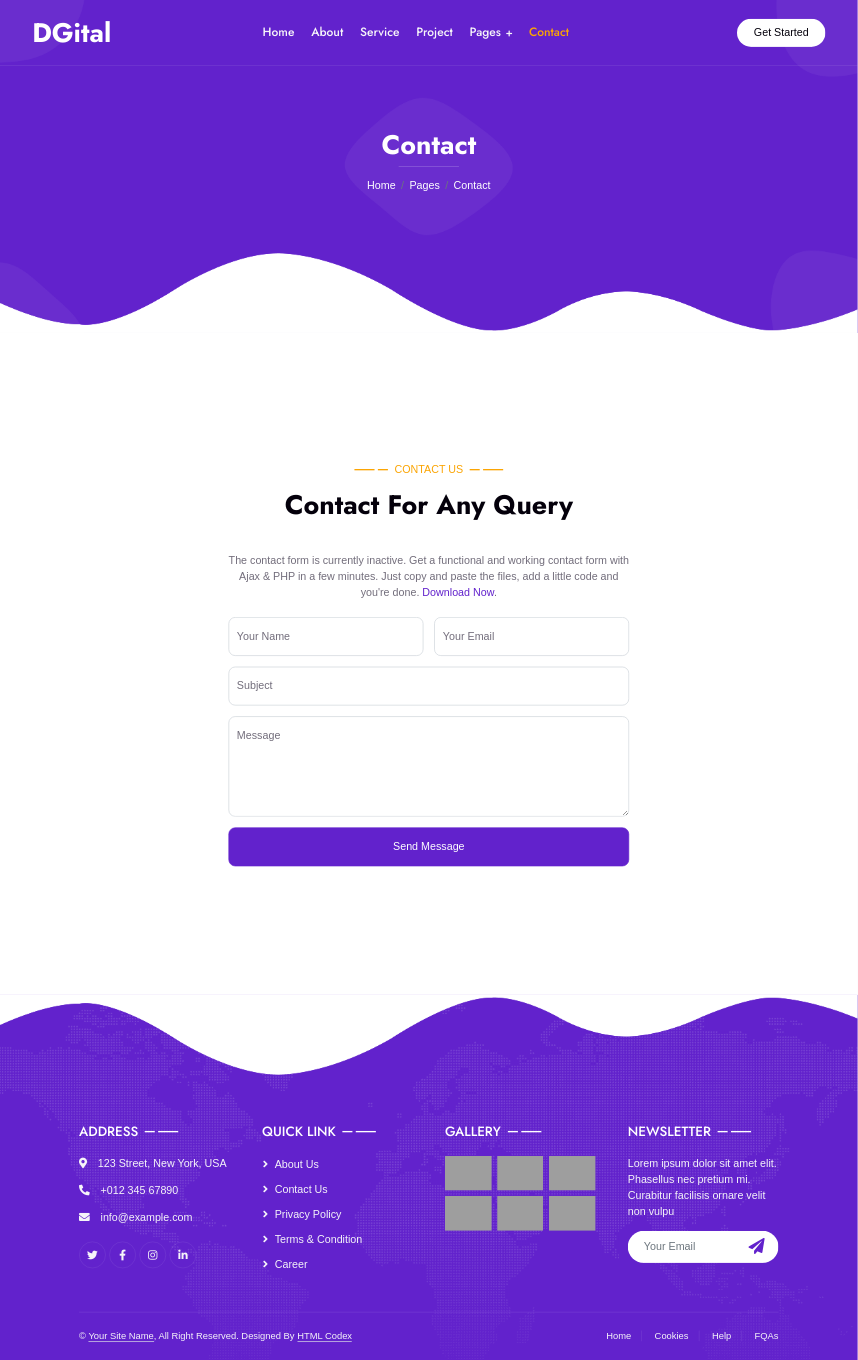
Repository: OluwajembolaO/AIcademia
Page: http://localhost/
These files come from the project's save history. The page is drawn as it stood at one moment and after the next save; the edit follows.
The browser window is 1280 px wide. The pictures show the whole page, at 67% of full size.
Pictures or frames that could not be fetched are drawn as grey boxes. Some web fonts or font styles are not loaded; a fallback is used. Some web libraries are served in a nearby version. The page is served by the project's application, run on Flask 3 (app.py).

Above is the page before, as saved 2024-07-20 14:14:54.

After the next save:
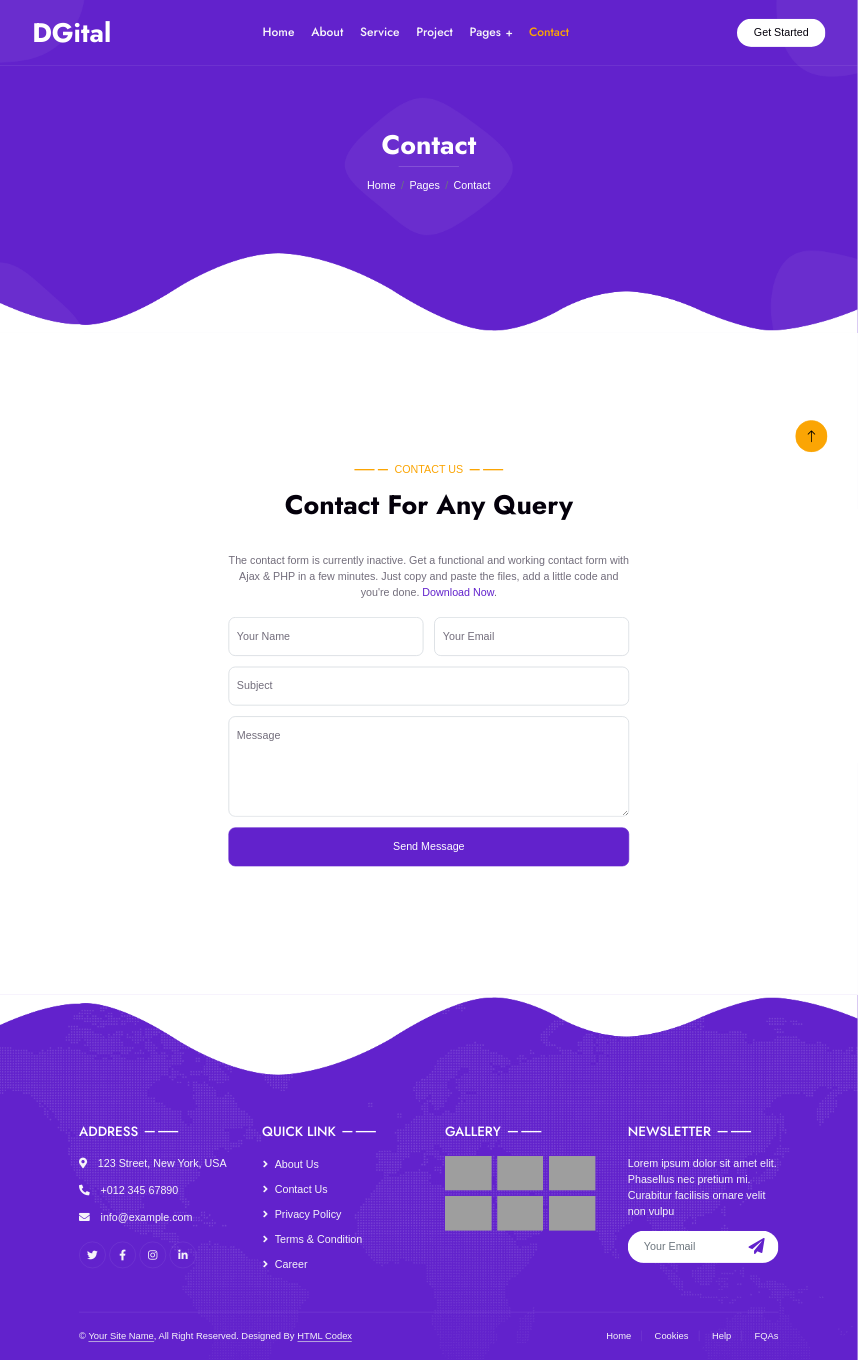
Console error: ReferenceError: WOW is not defined
Saved 4 min 45 s later.
--- a/templates/contact.html
+++ b/templates/contact.html
@@ -240,7 +240,7 @@
     <script src="lib/owlcarousel/owl.carousel.min.js"></script>
     <script src="lib/isotope/isotope.pkgd.min.js"></script>
     <script src="lib/lightbox/js/lightbox.min.js"></script>-->
-    <script src="js/wow/wow.min.js"></script>
+    <script src="{{ url_for('static', filename='js/main.js') }}"></script>
     <script src="js/easing/easing.min.js"></script>
     <script src="lib/waypoints/waypoints.min.js"></script>
     <script src="js/counterup/counterup.min.js"></script>

After the 3 saves that followed:
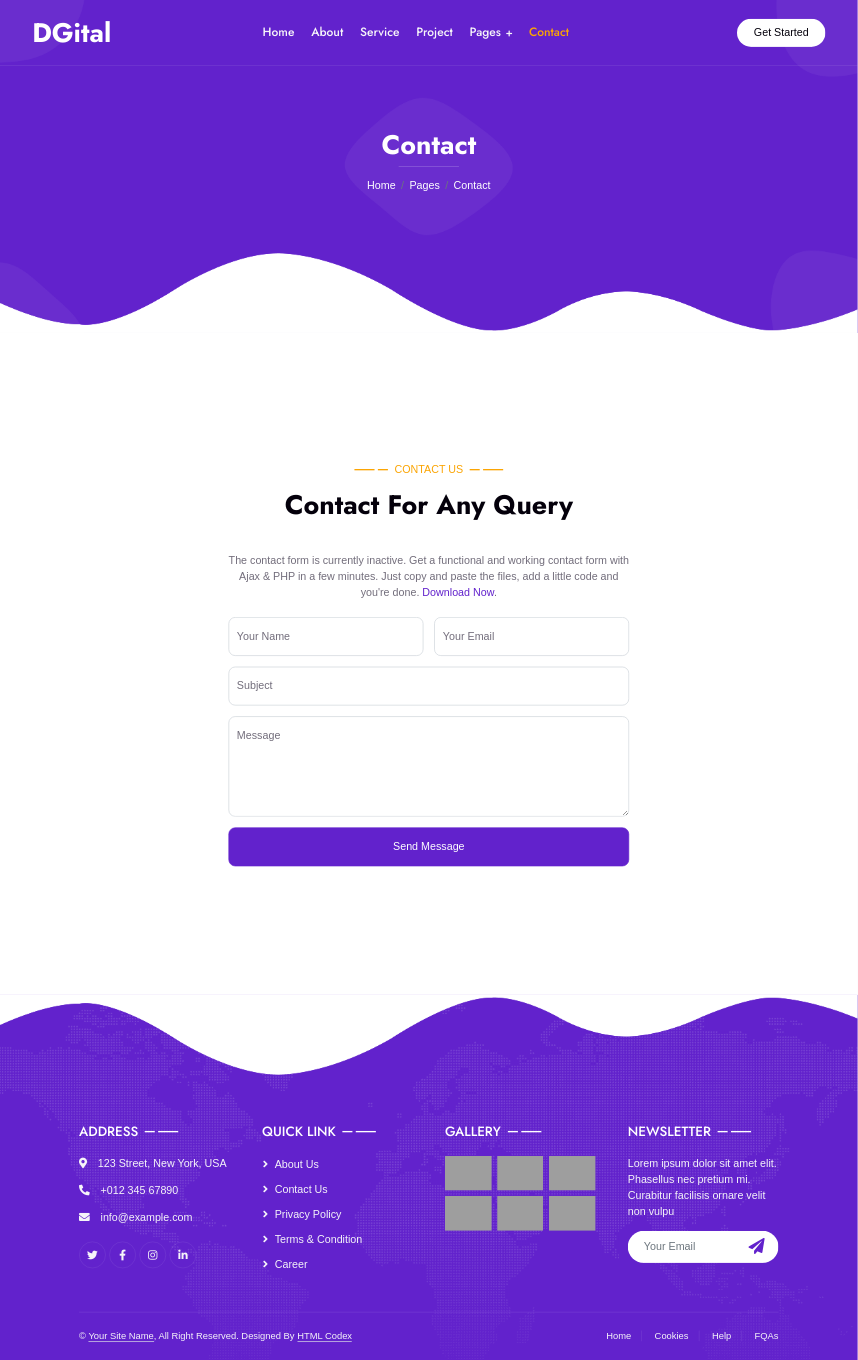
The error is gone.
The 3 saves are shown as one change because 1 left the picture as it was and some came seconds apart.
The last was saved 19 s later.
--- a/templates/contact.html
+++ b/templates/contact.html
@@ -240,7 +240,7 @@
     <script src="lib/owlcarousel/owl.carousel.min.js"></script>
     <script src="lib/isotope/isotope.pkgd.min.js"></script>
     <script src="lib/lightbox/js/lightbox.min.js"></script>-->
-    <script src="{{ url_for('static', filename='js/main.js') }}"></script>
+    <script src="{{ url_for('static', filename='js/wow/wow.min.js') }}"></script>
     <script src="js/easing/easing.min.js"></script>
     <script src="lib/waypoints/waypoints.min.js"></script>
     <script src="js/counterup/counterup.min.js"></script>
